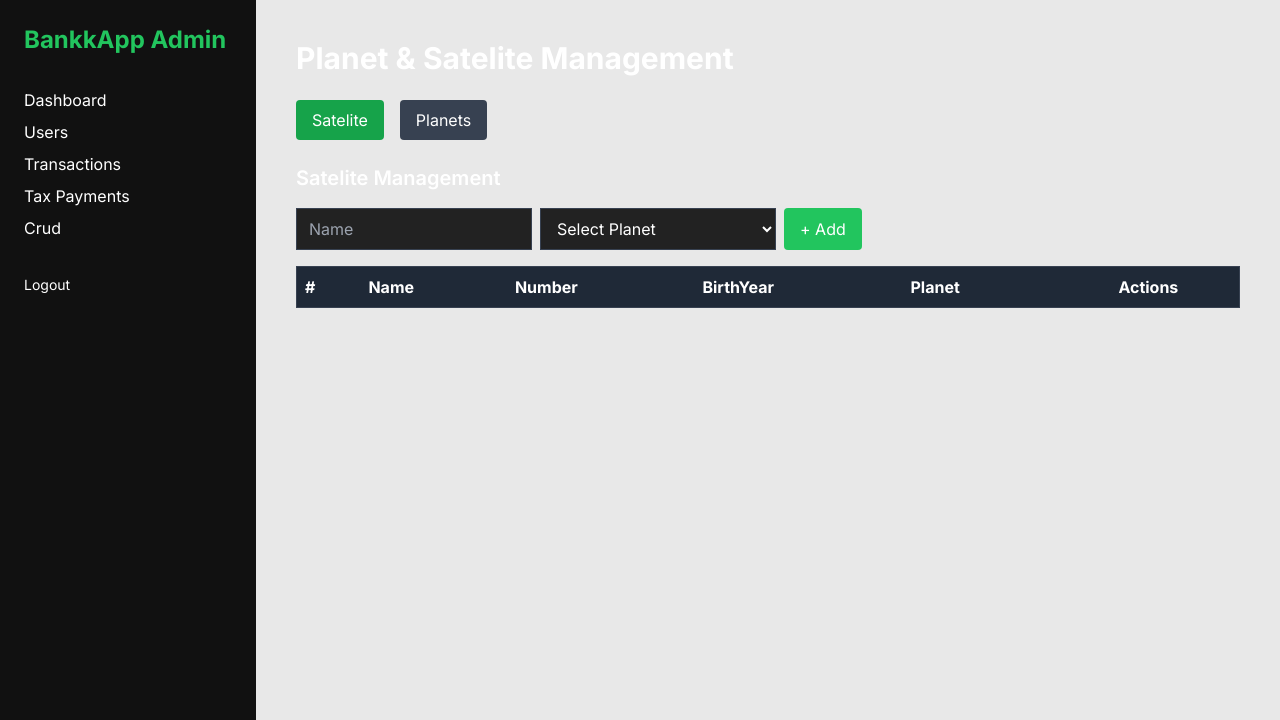
Repository: EraGashii/bnk_team
Page: /admin/crud (app in bnk/)
These files come from the project's save history. The page is drawn as it stood at one moment and after a run of saves; the edit follows.
The browser window is 1280 px wide. The pictures show the whole page.
The page's requests for data from a server got no answer. The project was rebuilt for these pictures with package versions that can differ from the ones it lists, and the page was loaded fresh each time. The framework's server and built-in components were replaced by stand-ins that run in the browser. No one was signed in, and anything a server would have sent is missing. Also part of the build but not shown: bnk/next.config.mjs.

Above is the page before, as saved 2025-05-07 21:46:21.

After the next 2 saves:
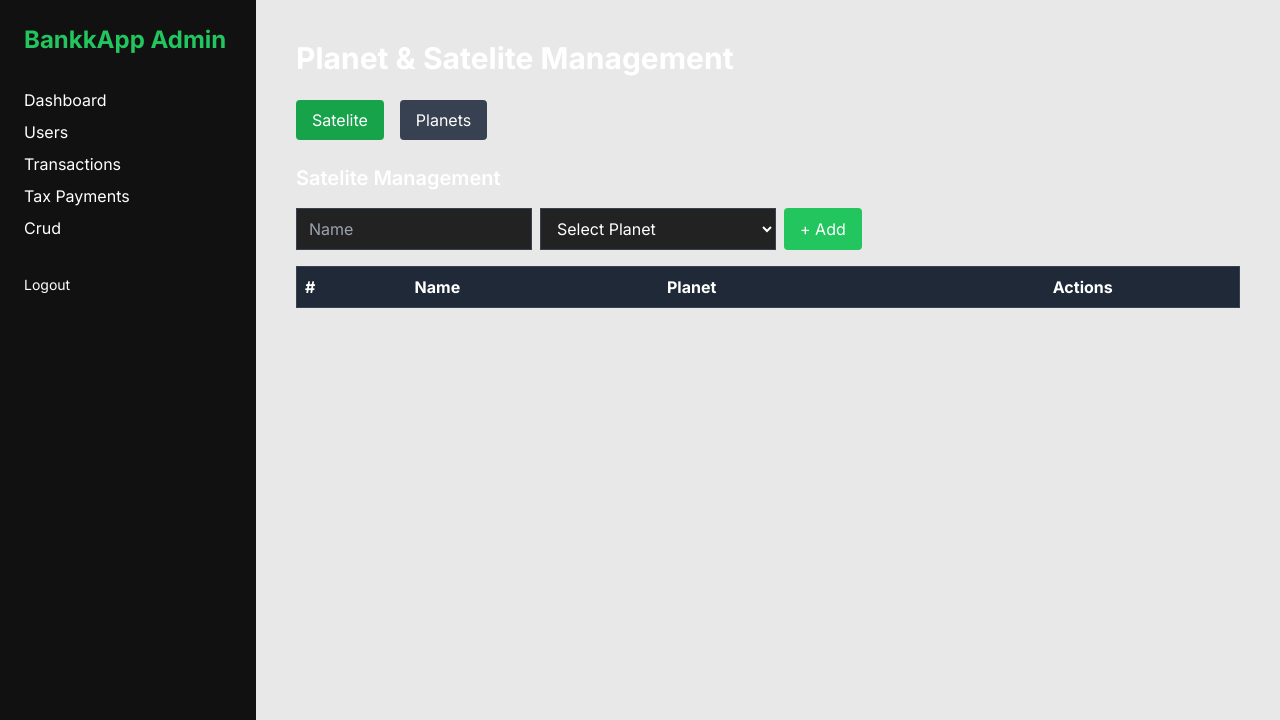
The 2 saves are shown as one change because they came seconds apart.
The last was saved 9 s later.
--- a/bnk/app/admin/crud/page.tsx
+++ b/bnk/app/admin/crud/page.tsx
@@ -139,8 +139,7 @@ const PlanetSateliteManager: React.FC = () => {
                   <th className="p-2 text-left">#</th>
 
                   <th className="p-2 text-left"> Name</th>
-                  <th className="p-2 text-left"> Number</th>
-                  <th className="p-2 text-left"> BirthYear</th>
+
                   <th className="p-2 text-left">Planet</th>
                   <th className="p-2 text-center">Actions</th>
                 </tr>
@@ -150,8 +149,7 @@ const PlanetSateliteManager: React.FC = () => {
                   <tr key={p.Id} className="border-t border-gray-700">
                     <td className="p-2">{i + 1}</td>
                     <td className="p-2">{p.Name}</td>
-                    <td className="p-2">{p.Number}</td>
-                    <td className="p-2">{p.BirthYear}</td>
+
                     <td className="p-2">{p.Planet?.Name ||"N/A"}</td>
                     <td className="p-2 text-center">
                       <button className="text-red-500 hover:text-red-600" onClick={() => handleDeleteSatelite(p.Id)}>
